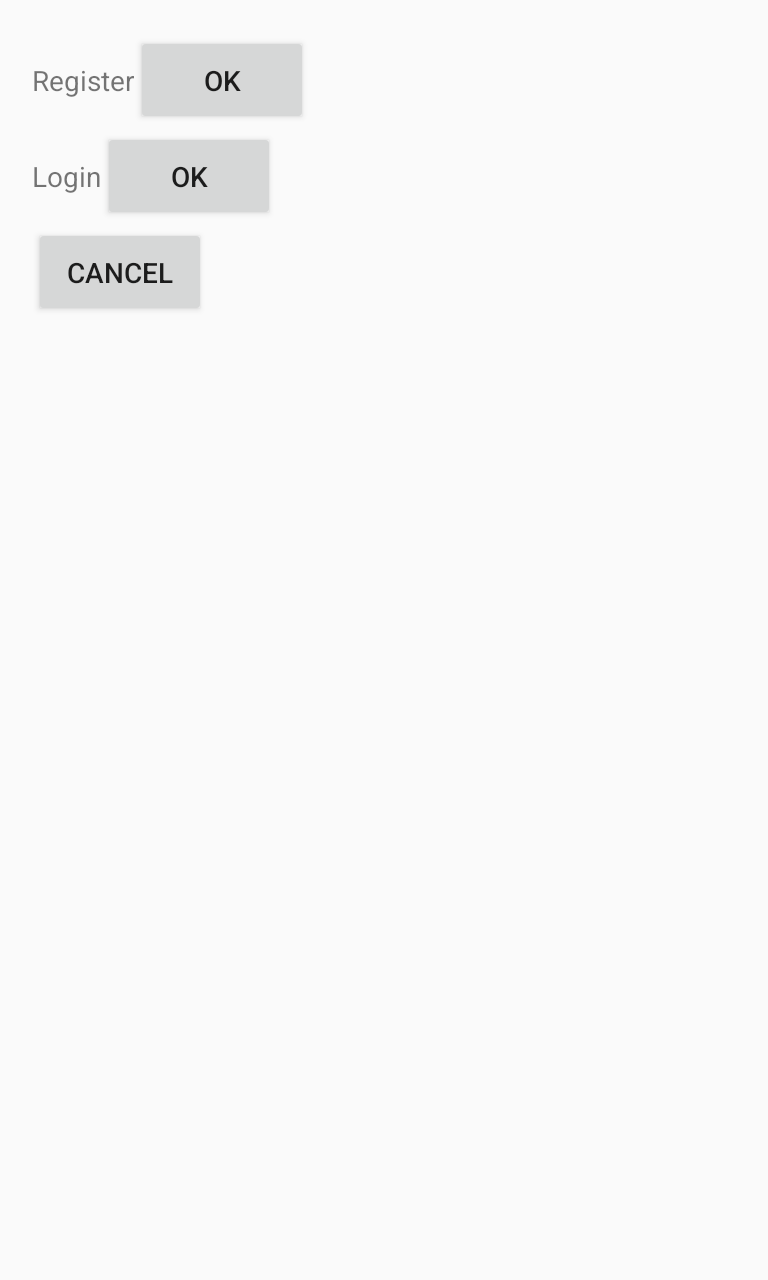
Repository: shivamgeek/Android-Code-Examples
Layout: Register/res/layout/activity_reg_log.xml
An editor plug-in stored every save of this project. The layout is shown before and after the next save, followed by the edit.
It is drawn on a 768 x 1280 px phone screen (xhdpi) without system bars, with theme AppTheme; the app's code is not run.

Above is the layout before, as saved 2015-07-30 13:36:44.

### Register/res/layout/activity_reg_log.xml
<LinearLayout xmlns:android="http://schemas.android.com/apk/res/android"
    xmlns:tools="http://schemas.android.com/tools"
    android:layout_width="match_parent"
    android:layout_height="match_parent"
    android:orientation="vertical"
    android:paddingBottom="@dimen/activity_vertical_margin"
    android:paddingLeft="@dimen/activity_horizontal_margin"
    android:paddingRight="@dimen/activity_horizontal_margin"
    android:paddingTop="@dimen/activity_vertical_margin"
    tools:context="com.example.register.RegLog" >

    <LinearLayout
        android:layout_width="match_parent"
        android:layout_height="wrap_content" >

        <TextView
            android:id="@+id/textView1"
            android:layout_width="wrap_content"
            android:layout_height="wrap_content"
            android:text="Register" />

        <Button
            android:id="@+id/button1"
            android:layout_width="wrap_content"
            android:layout_height="wrap_content"
            android:text="@string/click"
            android:onClick="register" />

    </LinearLayout>

    <LinearLayout
        android:layout_width="match_parent"
        android:layout_height="wrap_content" >

        <TextView
            android:id="@+id/textView2"
            android:layout_width="wrap_content"
            android:layout_height="wrap_content"
            android:text="Login" />

        <Button
            android:id="@+id/button2"
            android:layout_width="wrap_content"
            android:layout_height="wrap_content"
            android:text="@string/click"
            android:onClick="login" />

    </LinearLayout>

    <LinearLayout
        android:layout_width="match_parent"
        android:layout_height="wrap_content" >
    </LinearLayout>

    <Button
        android:id="@+id/button3"
        android:layout_width="wrap_content"
        android:layout_height="wrap_content"
        android:text="Cancel"
        android:onClick="Home"/>

</LinearLayout>

### Register/res/values/strings.xml
<?xml version="1.0" encoding="utf-8"?>
<resources>

    <string name="app_name">Register</string>
    <string name="hello_world">Hello world!</string>
    <string name="action_settings">Settings</string>
    <string name="click">OK</string>
    <string name="title_activity_register">Register</string>
    <string name="title_activity_login">Login</string>

</resources>

Loaded but not shown: Register/res/values/styles.xml (common file); Register/res/values-v11/styles.xml (common file); Register/res/values-v14/styles.xml (common file); Register/res/values/dimens.xml (common file); Register/res/values-w820dp/dimens.xml (common file)

After the next save:
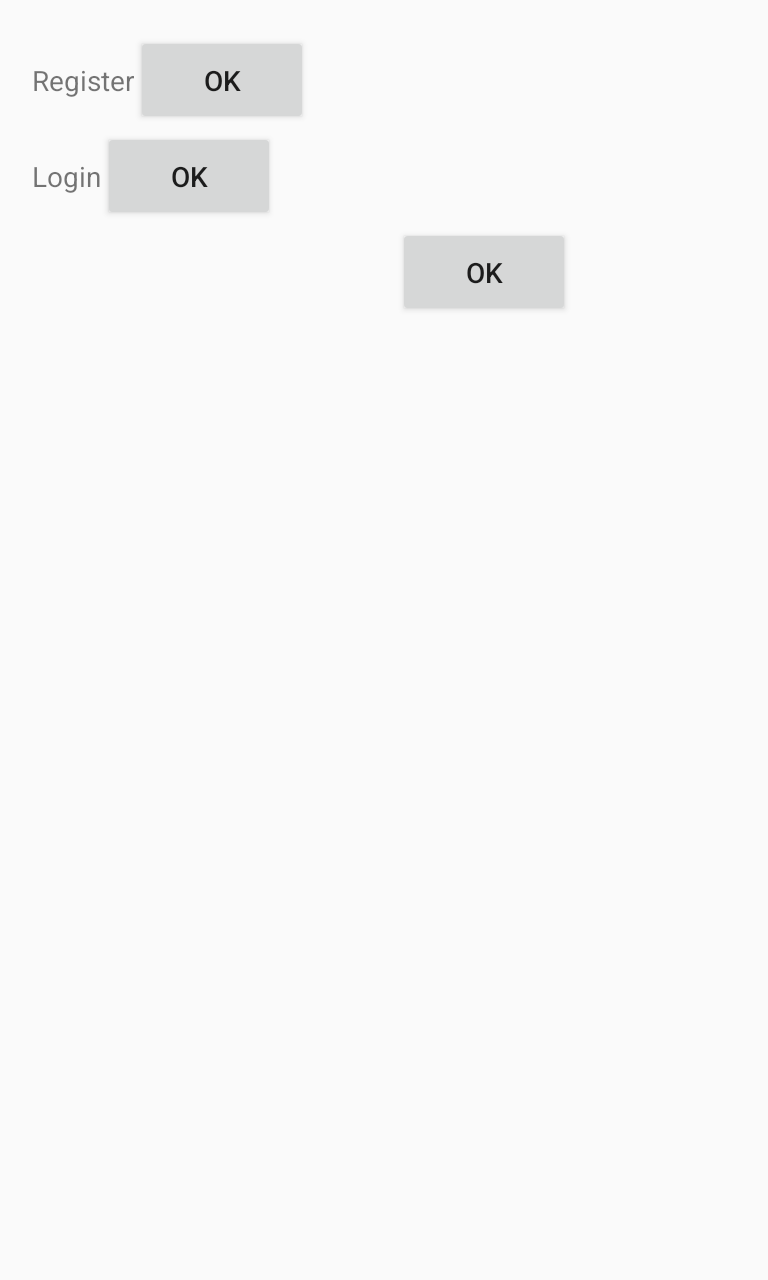
Saved 19 min 47 s later.
--- a/Register/res/layout/activity_reg_log.xml
+++ b/Register/res/layout/activity_reg_log.xml
@@ -47,16 +47,19 @@
 
     </LinearLayout>
 
-    <LinearLayout
+    <RelativeLayout
         android:layout_width="match_parent"
         android:layout_height="wrap_content" >
-    </LinearLayout>
 
-    <Button
-        android:id="@+id/button3"
-        android:layout_width="wrap_content"
-        android:layout_height="wrap_content"
-        android:text="Cancel"
-        android:onClick="Home"/>
+        <Button
+            android:id="@+id/button3"
+            android:layout_width="wrap_content"
+            android:layout_height="wrap_content"
+            android:layout_alignParentRight="true"
+            android:layout_alignParentTop="true"
+            android:layout_marginRight="82dp"
+            android:text="@string/click" />
+
+    </RelativeLayout>
 
 </LinearLayout>
